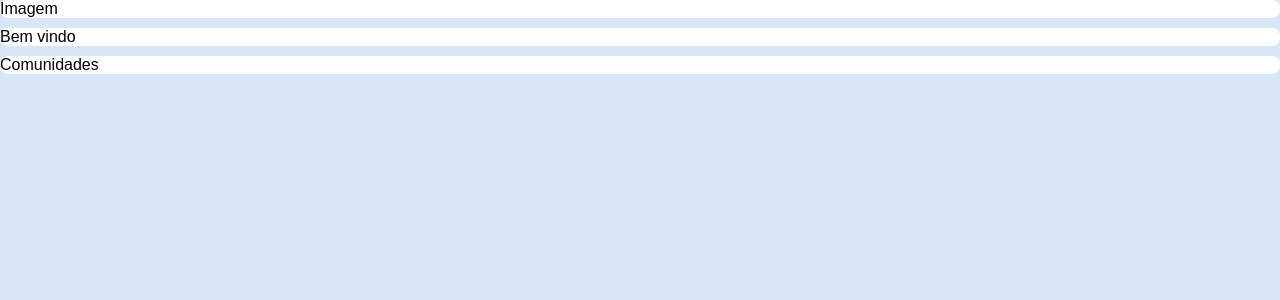
Repository: jminervino/alurakut
Page: /
An editor plug-in stored every save of this project. The page is shown before and after the next save, followed by the edit.
The browser window is 1280 px wide. The pictures show the whole page.
The project was rebuilt for these pictures with package versions that can differ from the ones it lists, and the page was loaded fresh each time. The framework's server and built-in components were replaced by stand-ins that run in the browser. Also part of the build but not shown: next.config.js.

Above is the page before, as saved 2022-03-23 22:49:34.

After the next save:
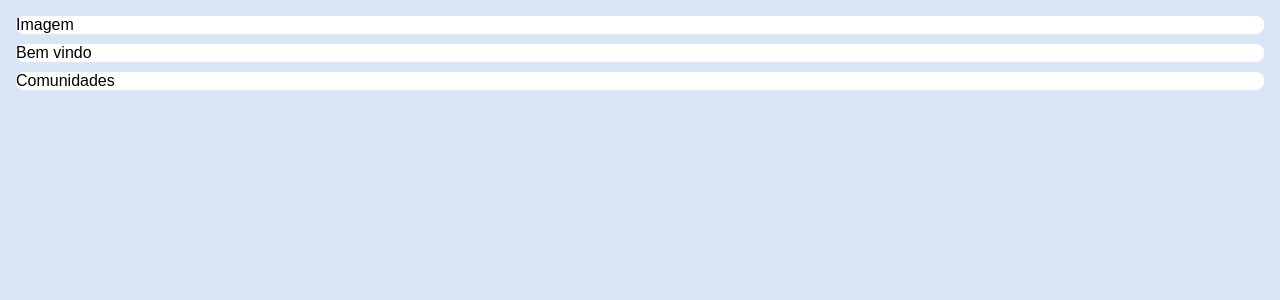
Saved 30 s later.
--- a/pages/index.js
+++ b/pages/index.js
@@ -13,6 +13,7 @@ const Box = styled.div`
 const MainGrid = styled.main`
   display: grid;
   grid-gap: 10px;
+  padding: 16px;
   grid-template-columns
 `
 
